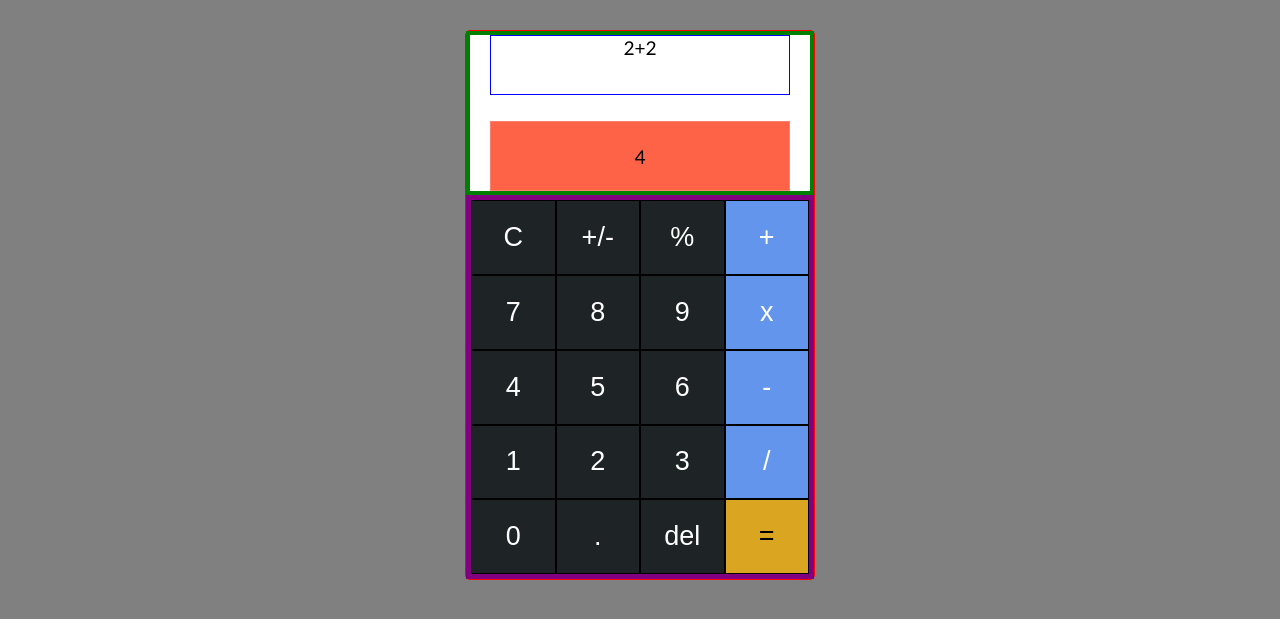
Repository: OfirLana/Calculator
Page: index.html
The author's editor kept a copy of each file at every save. The page is drawn from the files as they stood at one save, then again after the next save.
The browser window is 1280 px wide. The pictures show the whole page.

Above is the page before, as saved 2019-03-12 23:55:45.

After the next save:
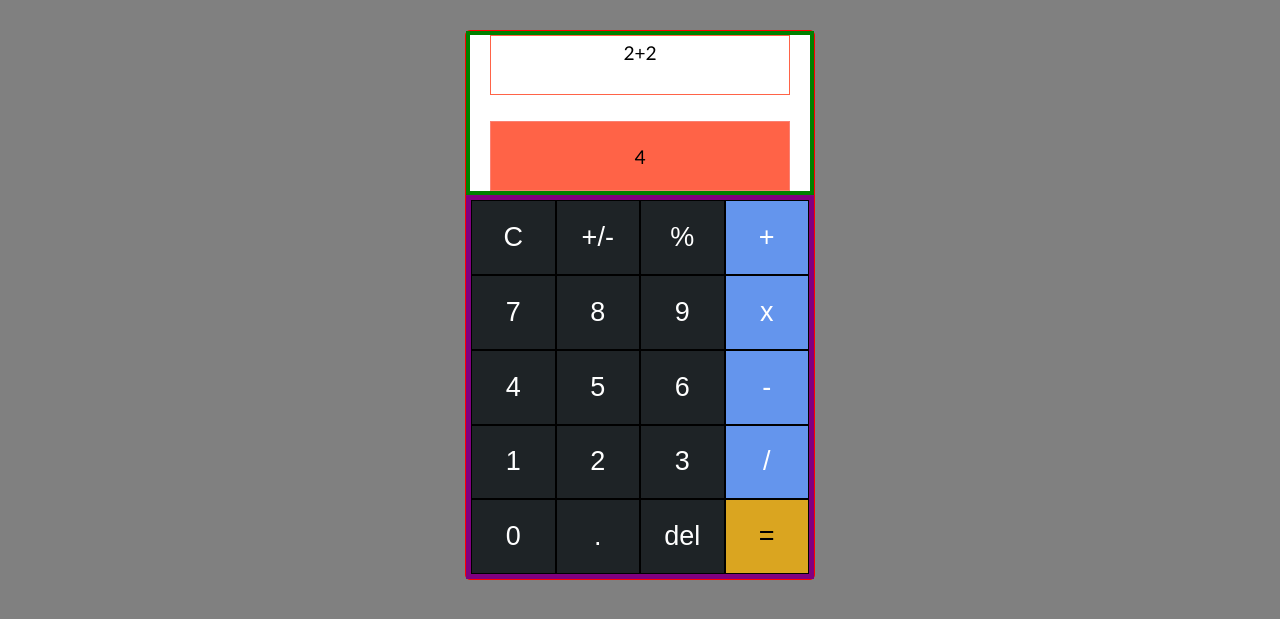
Saved 4 s later.
--- a/style.css
+++ b/style.css
@@ -44,7 +44,7 @@ body {
     border: 1px solid blue;
     height: 6rem;
     justify-content: center;
-    padding:5px 0px
+    padding:5px 0px;
     /* background:blue; */
   border:1px solid tomato;
     width:100%;
